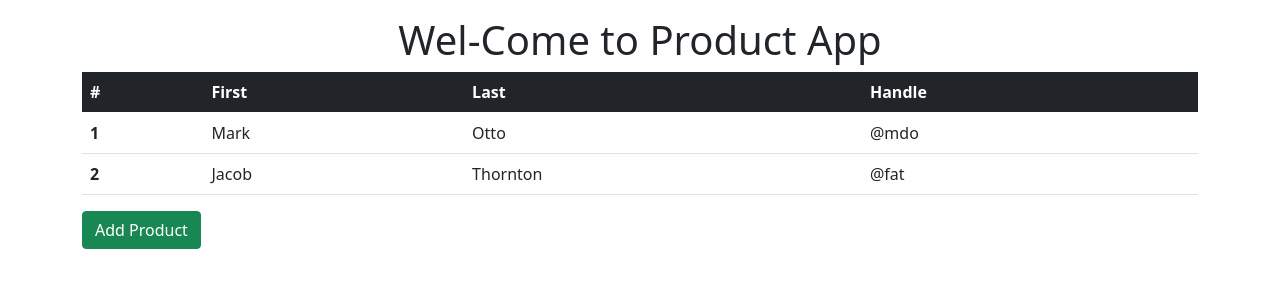
Repository: Hits-95/Spring
Page: http://localhost/Product/WEB-INF/views/index.jsp
The author's editor kept a copy of each file at every save. The page is drawn from the files as they stood at one save, then again after the next save.
The browser window is 1280 px wide. The pictures show the whole page.
The page is served by Tomcat 9. Nobody is signed in. The template is opened directly, without the code that normally fills it, so the values that code supplies are empty.

Above is the page before, as saved 2021-04-14 04:13:44.

After the next save:
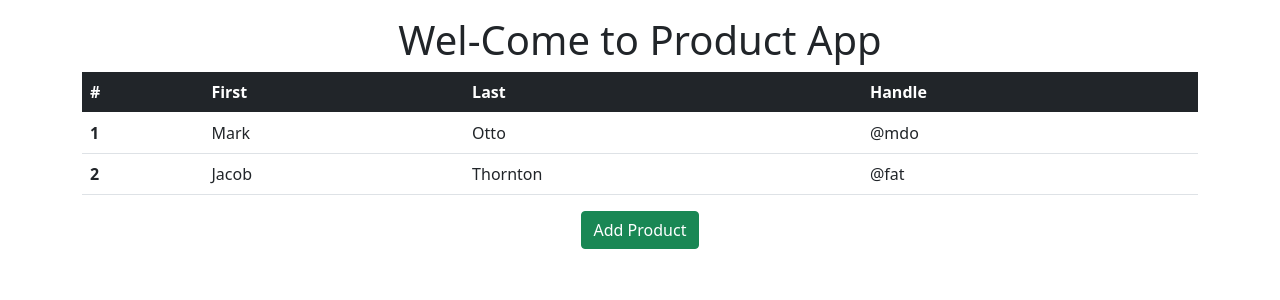
Saved 42 s later.
--- a/Product/src/main/webapp/WEB-INF/views/index.jsp
+++ b/Product/src/main/webapp/WEB-INF/views/index.jsp
@@ -39,7 +39,7 @@
 					</tbody>
 				</table>
 			</div>
-			<div class = "containeer">
+			<div class = "container text-center">
 				<a href="add-product" class = "btn btn-success"> Add Product</a>
 			</div>
 		</div>
